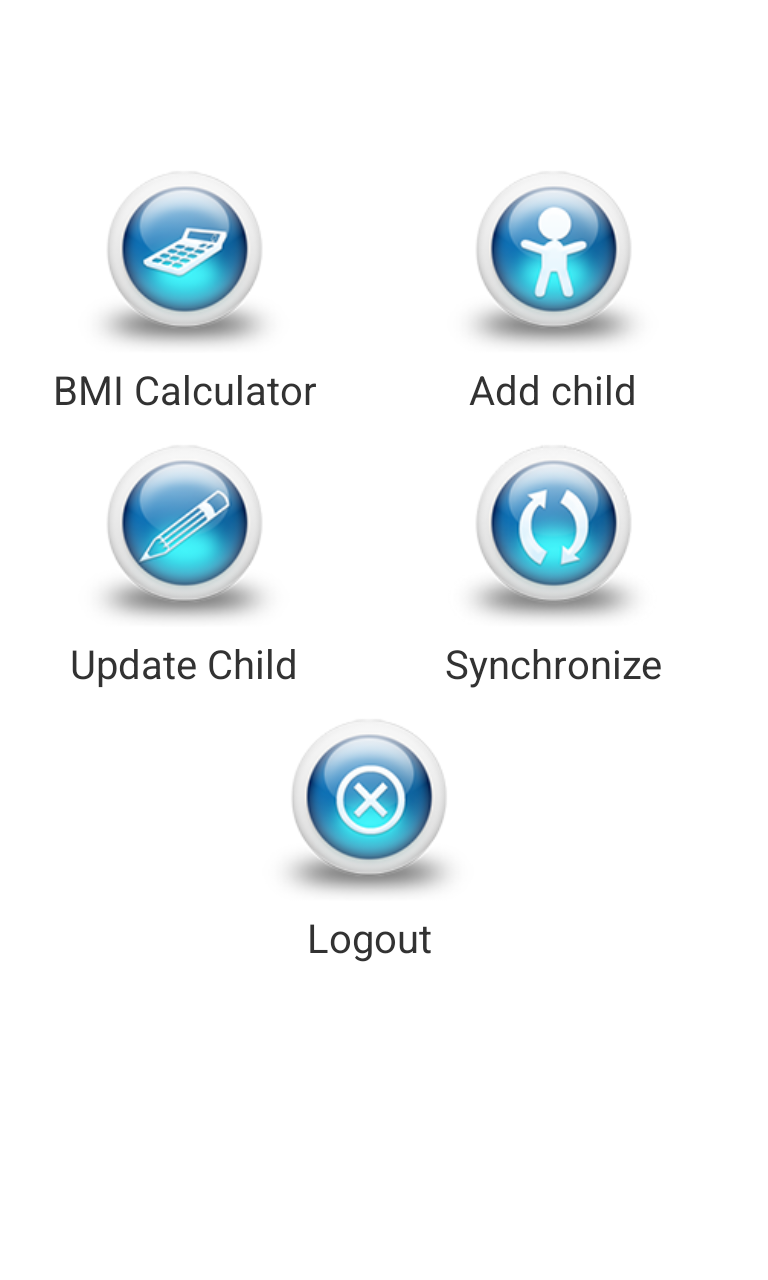
Repository: Team-7/prototype.6
Layout: workspace/Hope World Wide/res/layout/menu.xml
An editor plug-in stored every save of this project. The layout is shown before and after the next save, followed by the edit.
It is drawn on a 768 x 1280 px phone screen (xhdpi) without system bars, with theme CustomActionBarTheme; the app's code is not run.

Above is the layout before, as saved 2014-05-29 11:03:44.

### workspace/Hope World Wide/res/layout/menu.xml
<?xml version="1.0" encoding="utf-8"?>
<RelativeLayout xmlns:android="http://schemas.android.com/apk/res/android"
    android:layout_width="match_parent"
    android:layout_height="match_parent"
    android:background="#ffffff" >

 <TableLayout
     		 android:layout_width="match_parent"
             android:layout_height="wrap_content"
             android:id="@+id/tableLayout" android:background="#FFFFFF"
             android:stretchColumns="*" >

    <TableRow

    android:id="@+id/MyRow"
    android:layout_width="match_parent"
    android:layout_height="wrap_content"
    android:background="@android:color/transparent">

     <TextView
         android:id="@+id/textView1"
         android:layout_width="wrap_content"
         android:layout_height="wrap_content"
         android:layout_weight="0"
         android:textColor="#000000"
         android:textSize="15sp" />

</TableRow>

    <TableRow

    android:id="@+id/MyRow1"
    android:layout_width="match_parent"
    android:layout_height="wrap_content"
    android:background="@android:color/transparent">


     <TextView
        android:id="@+id/textView2"
        android:layout_width="wrap_content"
        android:layout_height="wrap_content"
        android:layout_weight="0"
        android:textColor="#000000"
        android:textSize="15sp" />

</TableRow>

    <TableRow

    android:id="@+id/My"
    android:layout_width="match_parent"
    android:layout_height="wrap_content"
    android:background="@android:color/transparent">


     <View
        android:id="@+id/View1"
        android:layout_width="match_parent"
        android:layout_height="30dp"
        android:layout_weight="0"
        android:textColor="#000000"
        android:textSize="15sp" />

</TableRow>

    <TableRow

    android:id="@+id/Row"
    android:layout_width="match_parent"
    android:layout_height="wrap_content"
    android:layout_weight="1"
    android:background="@android:color/transparent">

    <TableLayout
        android:id="@+id/table"
        android:layout_width="match_parent"
        android:layout_height="wrap_content"
        android:paddingRight="15dp"
        android:stretchColumns="*" >

    <TableRow

    android:id="@+id/newTagTableRow"
    android:layout_width="match_parent"
    android:layout_height="wrap_content"
    android:background="@android:color/transparent">

    <ImageButton
        android:id="@+id/calculatelogo"
        android:layout_width="wrap_content"
        android:layout_height="wrap_content"
        android:layout_weight="1"
        android:background="#FFFFFF"
        android:contentDescription="@string/calclogo"
        android:minHeight="110dp"
        android:minWidth="110dp"
        android:scaleType="fitCenter"
        android:src="@drawable/calculator"
        android:textColor="@android:color/black"
        android:textSize="20sp" />

    <ImageButton
        android:id="@+id/childLogo"
        android:layout_width="wrap_content"
        android:layout_height="wrap_content"
        android:layout_weight="1"
        android:background="#FFFFFF"
        android:contentDescription="@string/clogo"
        android:minHeight="110dp"
        android:minWidth="110dp"
        android:scaleType="fitCenter"
        android:src="@drawable/child"
        android:textColor="@android:color/black"
        android:textSize="20sp" />

</TableRow>

    <TableRow

    android:id="@+id/thisRow"
    android:layout_width="match_parent"
    android:layout_height="wrap_content"
    android:background="@android:color/transparent">

     <TextView
         android:id="@+id/calculatetext"
         android:layout_width="100dp"
         android:layout_height="wrap_content"
         android:layout_weight="1"
         android:gravity="center"
         android:text="@string/calc"
         style="@style/Text.Strong.Blurry"
         android:textSize="20sp" />

     <TextView
         android:id="@+id/addtext"
         android:layout_width="100dp"
         android:layout_height="wrap_content"
         android:layout_weight="1"
         android:gravity="center"
         android:text="@string/addC"
         style="@style/Text.Strong.Blurry"
         android:textSize="20sp" />

</TableRow>

    <TableRow

    android:id="@+id/Row2"
    android:layout_width="match_parent"
    android:layout_height="wrap_content"
    android:background="@android:color/transparent">

        <ImageButton
            android:id="@+id/updatelogo"
            android:layout_width="100dp"
            android:layout_height="wrap_content"
            android:layout_weight="1"
            android:background="#ffffff"
            android:contentDescription="@string/updatelogo"
            android:minHeight="110dp"
            android:minWidth="110dp"
            android:scaleType="fitCenter"
            android:src="@drawable/edit"
            android:textSize="20sp" />

  <ImageButton
      android:id="@+id/synclogo"
      android:layout_width="100dp"
      android:layout_height="wrap_content"
      android:layout_weight="1"
      android:background="#FFFFFF"
      android:contentDescription="@string/clogo"
      android:minHeight="110dp"
      android:minWidth="110dp"
      android:scaleType="fitCenter"
      android:src="@drawable/sync"
      android:textColor="@android:color/black"
      android:textSize="20sp" />

</TableRow>

    <TableRow

    android:id="@+id/Row3"
    android:layout_width="match_parent"
    android:layout_height="wrap_content"
    android:background="@android:color/transparent">


     <TextView
        android:id="@+id/updatetext"
        android:layout_width="100dp"
         android:layout_height="wrap_content"
         android:layout_weight="1"
         android:gravity="center"
        android:text="@string/updateC"
        style="@style/Text.Strong.Blurry"
        android:textSize="20sp" />

     <TextView
        android:id="@+id/synctext"
        android:layout_width="100dp"
        android:layout_height="wrap_content"
        android:layout_weight="1"
        android:gravity="center"
        android:text="@string/sync"
        style="@style/Text.Strong.Blurry"
        android:textSize="20sp" />

</TableRow>



 <TableRow

    android:id="@+id/Row4"
    android:layout_width="match_parent"
    android:layout_height="wrap_content"
    android:background="@android:color/transparent">

        <ImageButton
            android:id="@+id/logoutlogo"
            android:layout_width="100dp"
            android:layout_height="wrap_content"
            android:layout_weight="1"
            android:background="#ffffff"
            android:contentDescription="@string/logoutlogo"
            android:minHeight="110dp"
            android:minWidth="110dp"
            android:scaleType="fitCenter"
            android:src="@drawable/logout"
            android:textSize="20sp" />

</TableRow>

    <TableRow

    android:id="@+id/Row5"
    android:layout_width="match_parent"
    android:layout_height="wrap_content"
    android:background="@android:color/transparent">

        <TextView
        android:id="@+id/logouttext"
        android:layout_width="100dp"
        android:layout_height="wrap_content"
        android:layout_weight="1"
        android:gravity="center"
        android:text="@string/logout"
        style="@style/Text.Strong.Blurry"
        android:textSize="20sp" />

</TableRow>

    		</TableLayout>
		</TableRow>

  </TableLayout>



</RelativeLayout>

### workspace/Hope World Wide/res/values/themes.xml
<?xml version="1.0" encoding="utf-8"?>
<resources xmlns:tools="http://schemas.android.com/tools">
    <!-- the theme applied to the application or activity -->
    <style name="CustomActionBarTheme"
        parent="@android:style/Theme.Holo.Light.DarkActionBar" tools:ignore="NewApi">
        <item name="android:actionBarStyle">@style/MyActionBar</item>
    </style>

    <!-- ActionBar styles -->
    <style name="MyActionBar"
        parent="@android:style/Widget.Holo.Light.ActionBar.Solid.Inverse" tools:ignore="NewApi">
        <item name="android:background">@drawable/actionbarbackground</item>
    </style>

</resources>

### workspace/Hope World Wide/res/drawable/actionbarbackground.xml
<?xml version="1.0" encoding="utf-8"?>
<shape xmlns:android="http://schemas.android.com/apk/res/android"
    android:shape="rectangle" >

    <stroke android:width="2dip" >
    </stroke>

    <solid android:color="#1B9AF7" >
    </solid>

</shape>

### workspace/Hope World Wide/res/values/strings.xml
<?xml version="1.0" encoding="utf-8"?>
<resources>

    <string name="app_name">HopeWorldWide</string>
    <string name="hello_world">Hello world!</string>
    <string name="action_settings">Settings</string>
    <string name="login"> Login</string>
    <string name="menu"> Home</string>
     <string name="myecd"> Search for ECD</string>
    <string name="username"> Username</string>
    <string name="password"> Password</string>

    <string name="name">Name: </string>
    <string name="height">Height: </string>
    <string name="heightValue">Enter Height</string> <!-- height hint -->
    <string name="weight">Weight: </string>
    <string name="weightHint">Enter Weight</string> <!-- weight hint -->
    <string name="mySearch">Search</string>
    <string name="logout">Logout</string>
    <string name="update">Update Child</string>
    <string name="bmiTitle">Child Information</string>
    <string name="save">Save</string>
    <string name="cancel">Cancel</string>


    <string name="age">Age: </string>
    <string name="calculate">Calculate</string>
    <string name="currentBMI">Current BMI: </string>
    <string name="previousBMI">Previous BMI: </string>
     <string name="AutoCompleteTextView"></string>

     <string name="cm">cm</string>
      <string name="kg">kg</string>
       <string name="hopeworldwide">     \t\t Hope \n         World Wide</string>

       <string name="Login">Login</string> <!-- text in the login button -->
       <string name="login2">Login</string><!-- name of the login page  -->
       <string name="bmi">BMI Calculator</string> <!-- name of the page that calculate bmi -->

       <string name="landing">Hope World Wide</string>

       <!-- landing page buttons -->
        <string name="lButton1">BMI Calculator</string>
        <string name="lButton2">Add Child</string>
        <string name="lButton3">Synchronize Data</string>

        <string name="search">Enter Name</string>
        <string name="ecd">Enter ECD Name</string>
        <string name="ecd1">Search for ECD</string>
         <string name="autocompete">Auto complete</string>

         <string name="sync">Synchronize</string>

         <string name="updateC">Update Child</string>
         <string name="calc">BMI Calculator</string>
         <string name="addC">Add child</string>

         <string name="clogo">child logo</string>
         <string name="synclogo">sync logo</string>
         <string name="calclogo">calc logo</string>
         <string name="addlogo">add logo</string>
         <string name="logoutlogo">logout logo</string>
         <string name="updatelogo">update logo</string>


</resources>

### workspace/Hope World Wide/res/values/styles.xml
<resources>

    <!--
        Base application theme, dependent on API level. This theme is replaced
        by AppBaseTheme from res/values-vXX/styles.xml on newer devices.
    -->


    <!-- Application theme. -->
    <style name="AppTheme" parent="Theme.AppCompat">
        <!-- All customizations that are NOT specific to a particular API-level can go here. -->
    </style>

    <style name="Text"> </style>
    <style name="Text.Strong">
           <item name="@android:textSize">20sp</item>
           <item name="@android:paddingLeft">4dp</item>
           <item name="@android:paddingBottom">4dp</item>
           <item name="@android:textColor">#000000</item>
           <item name="@android:textStyle">bold</item>
     </style>

     <style name="Text.Strong.Blurry">
           <item name="@android:shadowColor">#BBBBBB</item>
           <item name="@android:shadowDx">1</item>
           <item name="@android:shadowDy">1</item>
           <item name="@android:shadowRadius">10</item>
     </style>

</resources>

After the next save:
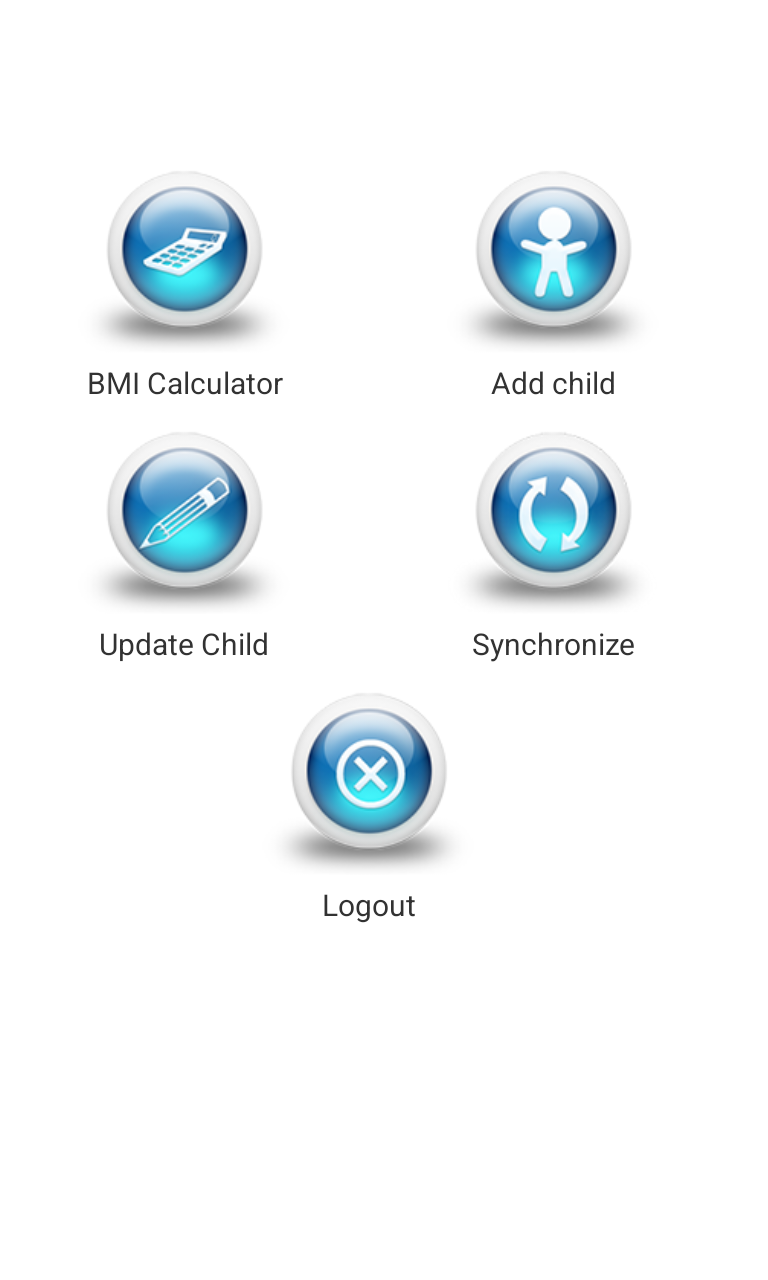
Saved 51 s later.
--- a/workspace/Hope World Wide/res/layout/menu.xml
+++ b/workspace/Hope World Wide/res/layout/menu.xml
@@ -130,7 +130,7 @@
          android:gravity="center"
          android:text="@string/calc"
          style="@style/Text.Strong.Blurry"
-         android:textSize="20sp" />
+         android:textSize="15sp" />
 
      <TextView
          android:id="@+id/addtext"
@@ -140,7 +140,7 @@
          android:gravity="center"
          android:text="@string/addC"
          style="@style/Text.Strong.Blurry"
-         android:textSize="20sp" />
+         android:textSize="15sp" />
 
 </TableRow>
 
@@ -196,7 +196,7 @@
          android:gravity="center"
         android:text="@string/updateC"
         style="@style/Text.Strong.Blurry"
-        android:textSize="20sp" />
+        android:textSize="15sp" />
 
      <TextView
         android:id="@+id/synctext"
@@ -206,7 +206,7 @@
         android:gravity="center"
         android:text="@string/sync"
         style="@style/Text.Strong.Blurry"
-        android:textSize="20sp" />
+        android:textSize="15sp" />
 
 </TableRow>
 
@@ -249,7 +249,7 @@
         android:gravity="center"
         android:text="@string/logout"
         style="@style/Text.Strong.Blurry"
-        android:textSize="20sp" />
+        android:textSize="15sp" />
 
 </TableRow>
 
